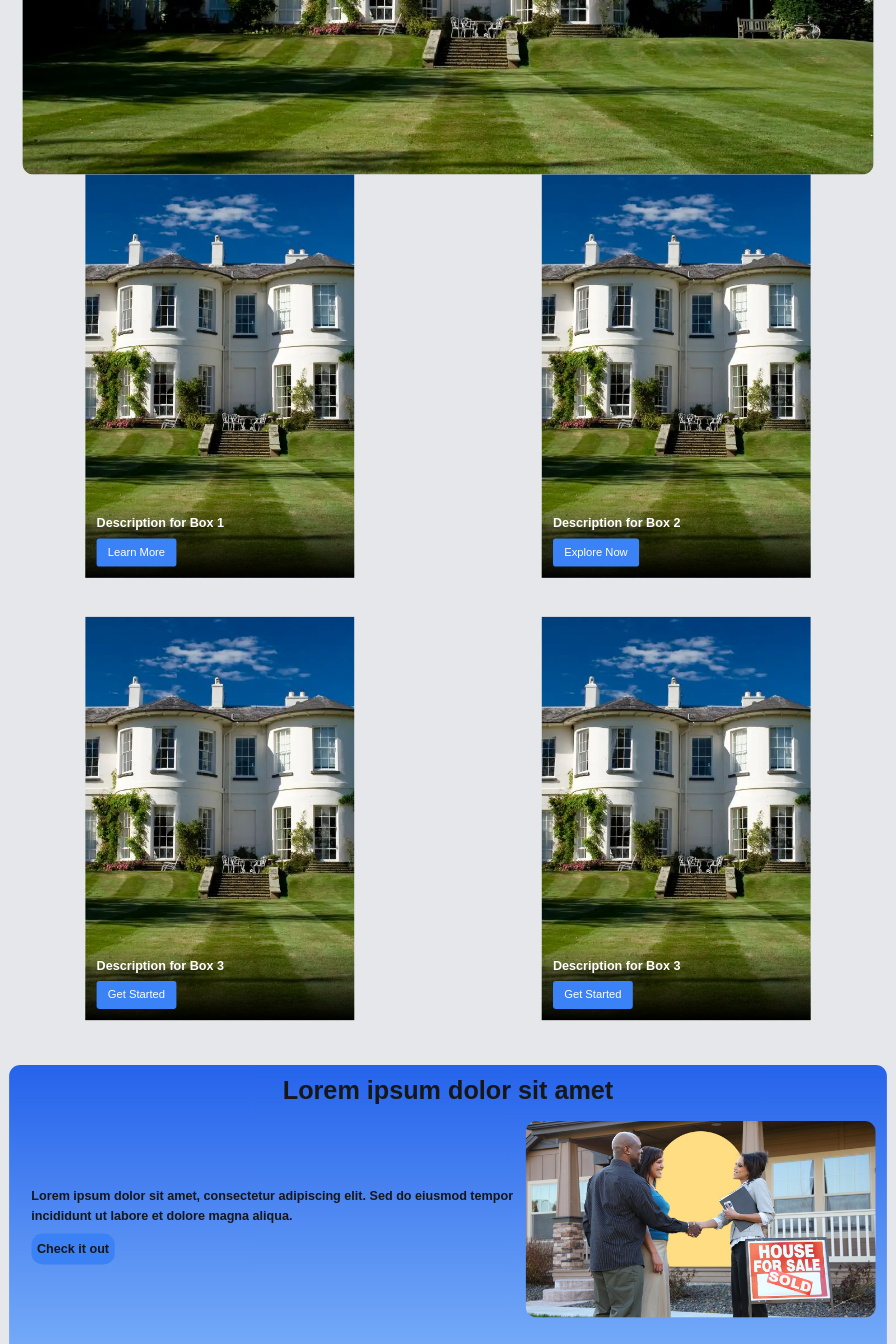
Repository: TMuse333/single-page-real-estate
Page: / (app in frontend/)
An editor plug-in stored every save of this project. The page is shown before and after the next save, followed by the edit.
The browser window is 1280 px wide. The pictures show the part of the page from y = 1305 to 3225 px (the page is 7208 px tall before and 7256 px after), at 70% of full size.
The project was rebuilt for these pictures with package versions that can differ from the ones it lists, and the page was loaded fresh each time. The framework's server and built-in components were replaced by stand-ins that run in the browser. Also part of the build but not shown: frontend/next.config.mjs.

Above is the page before, as saved 2024-12-05 16:30:25.

After the next save:
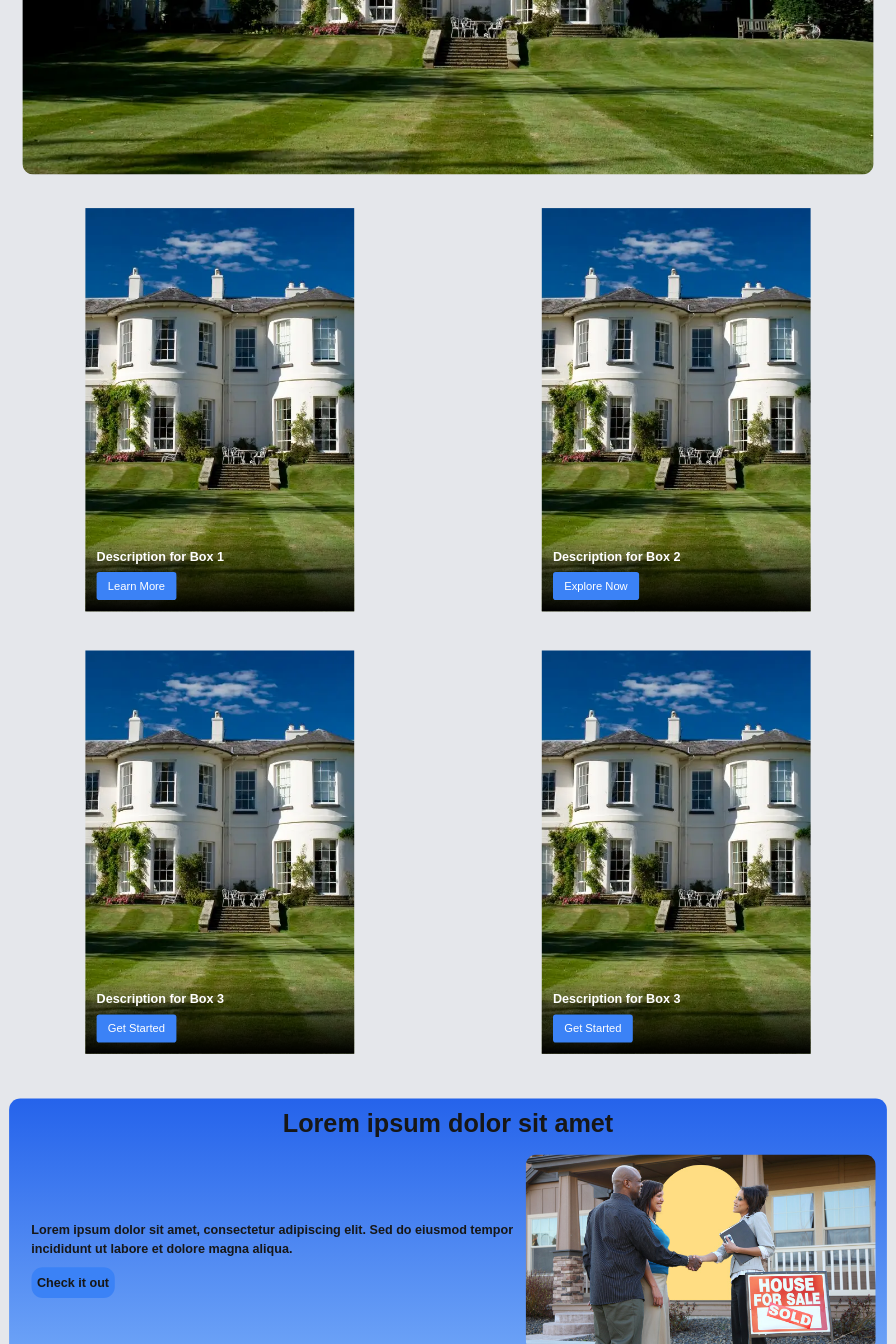
Saved 9 s later.
--- a/frontend/src/components/interactiveDisplayBox/interactiveDisplayBox.tsx
+++ b/frontend/src/components/interactiveDisplayBox/interactiveDisplayBox.tsx
@@ -45,7 +45,7 @@ interface InteractiveBoxesProps {
 // InteractiveBoxes component
 const InteractiveBoxes: React.FC<InteractiveBoxesProps> = ({ boxes }) => {
   return (
-    <div className="grid grid-cols-1 md:grid-cols-2 gap-6">
+    <div className="mt-12 grid grid-cols-1 md:grid-cols-2 gap-6">
       {boxes.map((box, index) => (
         <InteractiveBox
           key={index}
